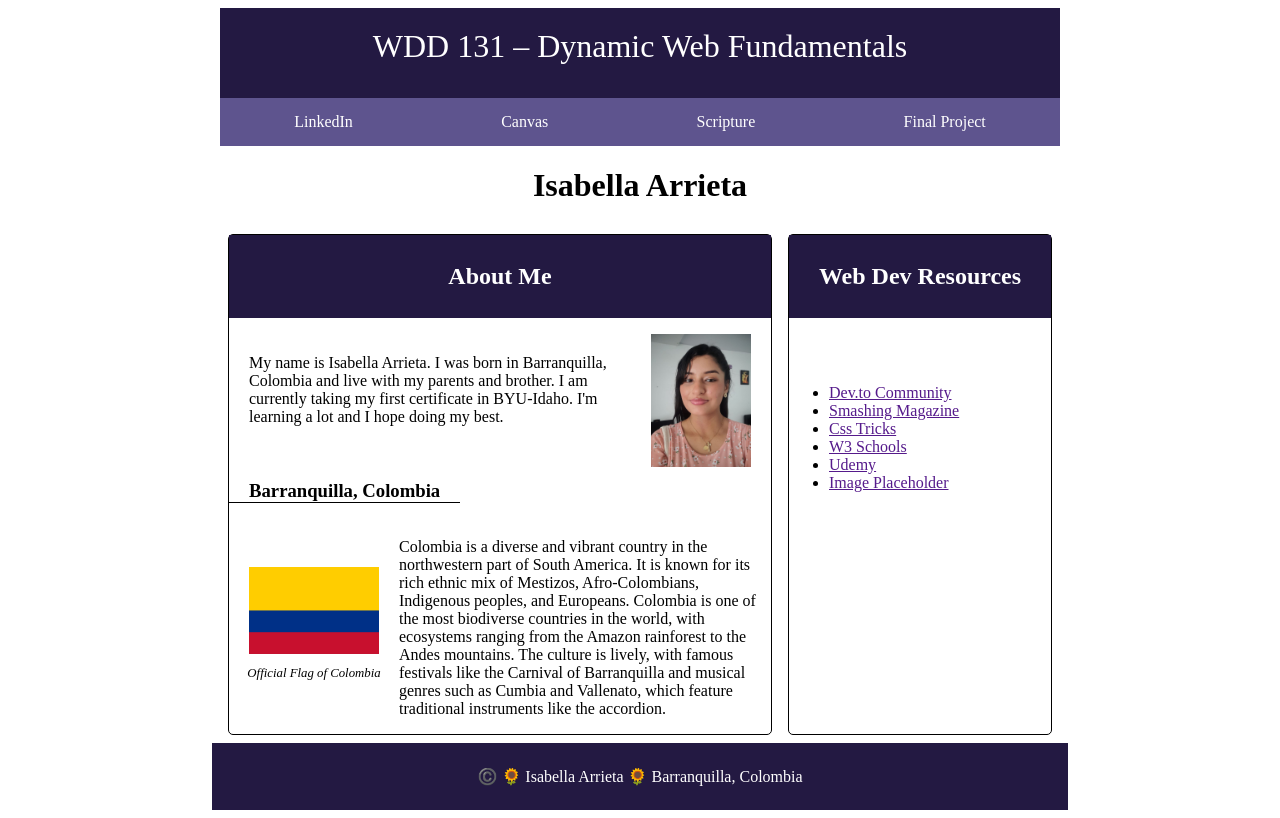
Repository: isaAJ05/wdd131
Page: index.html
An editor plug-in stored every save of this project. The page is shown before and after the next save, followed by the edit.
The browser window is 1280 px wide. The pictures show the whole page.
Some web fonts or font styles are not loaded; a fallback is used.

Above is the page before, as saved 2025-07-04 03:18:30.

### index.html
<!DOCTYPE html>
<html lang="en">
<head>
    <meta charset="UTF-8">
    <meta name="viewport" content="width=device-width, initial-scale=1.0">
    <title>WDD 131 – Dynamic Web Fundamentals – Isabella Arrieta</title>
    <meta name="description" content="WDD 131 – Dynamic Web Fundamentals Isabella Arrieta, This is a page about me">
    <meta name="author" content="Isabella Arrieta">
    <link rel="stylesheet" href="styles/base.css">
    <link rel="preconnect" href="https://fonts.googleapis.com">
    <link rel="preconnect" href="https://fonts.gstatic.com" crossorigin>
    <link href="https://fonts.googleapis.com/css2?family=Lato:ital,wght@0,100;0,300;0,400;0,700;0,900;1,100;1,300;1,400;1,700;1,900&family=Play:wght@400;700&family=Raleway:ital,wght@0,100..900;1,100..900&display=swap" rel="stylesheet">
</head>
<body>
    <header>
        <div class="header-title">
            <span id="course-title">WDD 131 – Dynamic Web Fundamentals</span>
        </div>
        <nav>
            <a href="www.linkedin.com/in/isabella-arrieta">LinkedIn</a>
            <a href="https://byupw.instructure.com/">Canvas</a>
            <a href="https://www.churchofjesuschrist.org/study/scriptures/bofm/alma/30?lang=eng&id=p44#p44">Scripture</a>
            <a href="">Final Project</a>

        </nav>
    </header>
    <main>

        <h1>Isabella Arrieta</h1>
        <section class="card">
            <div class="rectangle">
                <h2>About Me</h2>
            </div>
            <div class="presentation">
            <img src ="images/isa-picture.jpg" alt="Isabella Arrieta picture">
            <p>My name is Isabella Arrieta. I was born in Barranquilla, Colombia and live with my parents and brother. I am currently taking my first certificate in BYU-Idaho. I'm learning a lot and I hope doing my best. </p>
            <h3>Barranquilla, Colombia</h3>
            </div>
            <div class="country">
            <figure>
                <img src ="images/640px-Flag_of_Colombia.svg.webp" alt="Colombia flag">
                <figcaption>Official Flag of Colombia</figcaption>
            </figure>
            <p>Colombia is a diverse and vibrant country in the northwestern part of South America. It is known for its rich ethnic mix of Mestizos, Afro-Colombians, Indigenous peoples, and Europeans. Colombia is one of the most biodiverse countries in the world, with ecosystems ranging from the Amazon rainforest to the Andes mountains. The culture is lively, with famous festivals like the Carnival of Barranquilla and musical genres such as Cumbia and Vallenato, which feature traditional instruments like the accordion.</p>
            </div>
            </section>
        <section class="card">
            <div class="rectangle">
                <h2>Web Dev Resources</h2>
            </div>
                <ul>
                <li><a href="">Dev.to Community</a></li>
                <li><a href="">Smashing Magazine</a></li>
                <li><a href="">Css Tricks</a></li>
                <li><a href="">W3 Schools</a></li>
                <li><a href="">Udemy</a></li>
                <li><a href="">Image Placeholder</a></li>
            </ul>

        </section>
    </main>
    <footer>
        <p>
            ©️<span id="currentyear"></span> 🌻 Isabella Arrieta 🌻 Barranquilla, Colombia
        </p>
        <p>
            <span id="lastModified"></span>
        </p>
    </footer>

</body>
</html>

### styles/base.css
:root {
    --primary-color: #231942;
    --secondary-color: #5e548e;
    --accent1-color: #ffafcc;
    --accent2-color: #bde0fe;
    --accent3-color: #a2d2ff;
    --heading-font: "Play", sans-serif;
    --body-font: "Raleway", sans-serif;
}
header, main, footer {
    width: 840px;
    margin: 0 auto;
}
.course-title{
    display: block;

}
.header-title {
    color:white;
	height: 50px;
    padding: 20px;
    font-size: 2rem;
    text-align: center;
    background: var(--primary-color);
}

nav{
    display: flex;
    justify-content: space-around;
    text-decoration: none;
    background: var(--secondary-color);
}
nav a{
    color: #fff;
    text-decoration: none;
    padding: 15px;
}

nav a:hover {
	text-decoration: overline;
}

/* larger/wider views **************************/
@media (min-width: 640px) {
	nav ul {
		display: flex;
	}

	nav ul li {
		flex: 1 0 auto;
}

main{
    display: grid;
    grid-template: auto 1fr / 2fr 1fr;
}
main h1{
    grid-column: 1/3;
    text-align: center;
}
section{
    border: 1px solid black;
    border-radius: 5px;
    margin: 8px;
}

.card .rectangle{
    color:white;
    padding: 8px;
    text-align: center;
    background: var(--primary-color);


}
.presentation img{
    float: right;
    padding: 0px 20px 20px 20px;
    width:100px ;
    height: auto;

}
.presentation p{
    padding: 20px 20px;
}
.card h3{
    display: inline-block;
    border-bottom: 1px solid black;
    padding: 0 20px;
    text-align: center;
    align-items: center;
}

.country{
    display: flex;
    flex: 1 0 auto;
    align-items: center;
}
.card figure{
    margin: 0;
    padding: 0;
}
.card figure img{
    width: 130px;
    height: auto;
    padding: 0 20px;
}
.card figure figcaption{
    text-align: center;
    font-style: italic;
    padding: 8px;
    font-size: 0.8rem;
}


.card ul{
    padding-top: 50px;
}

footer{
    color:  #fff;
    background: var(--primary-color);
    text-align: center;
    padding: 8px;
}

After the next save:
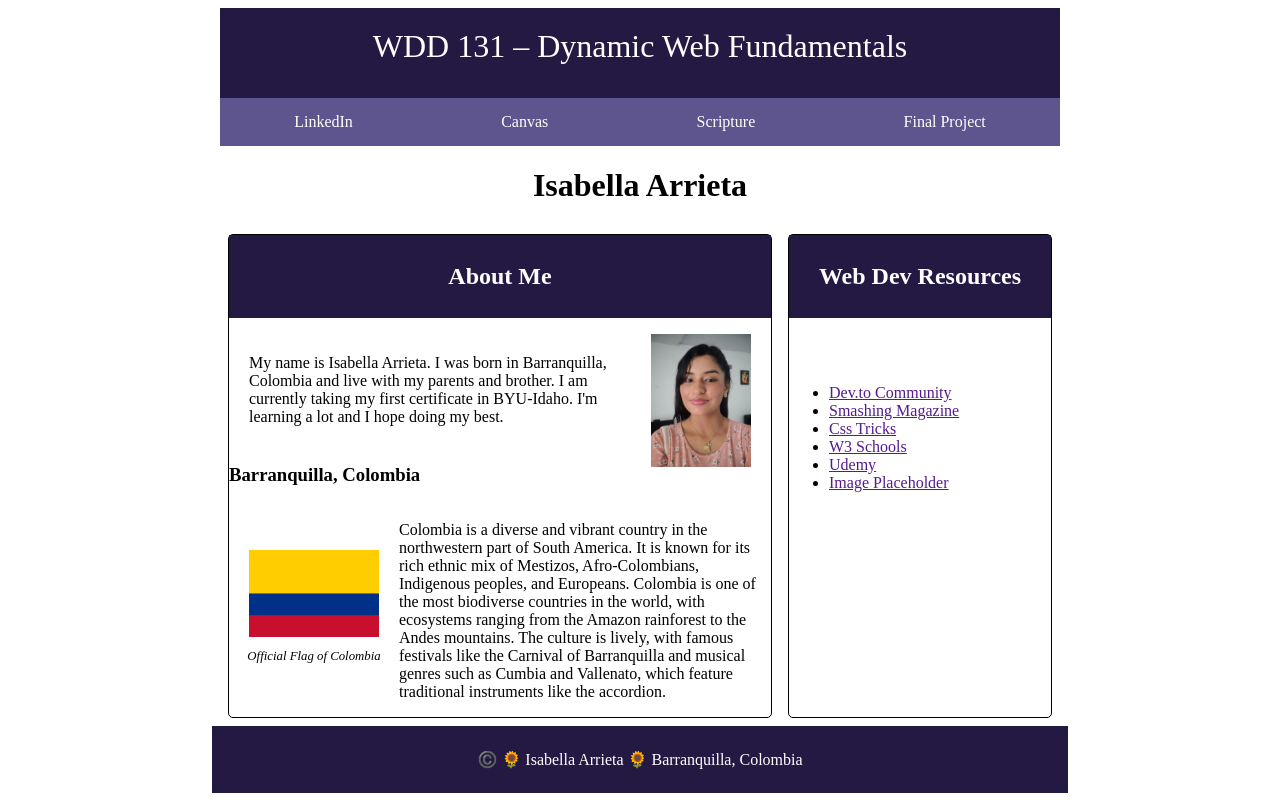
Saved 67 s later.
--- a/styles/base.css
+++ b/styles/base.css
@@ -83,11 +83,13 @@
     padding: 20px 20px;
 }
 .card h3{
-    display: inline-block;
-    border-bottom: 1px solid black;
-    padding: 0 20px;
-    text-align: center;
-    align-items: center;
+
+    display: inline-block;
+    border-bottom: 1px solid black;
+    padding: 0 20px;
+    margin: 0 10px; /* Ajusta el margen horizontal */
+    text-align: center;
+
 }
 
 .country{

After the save that followed:
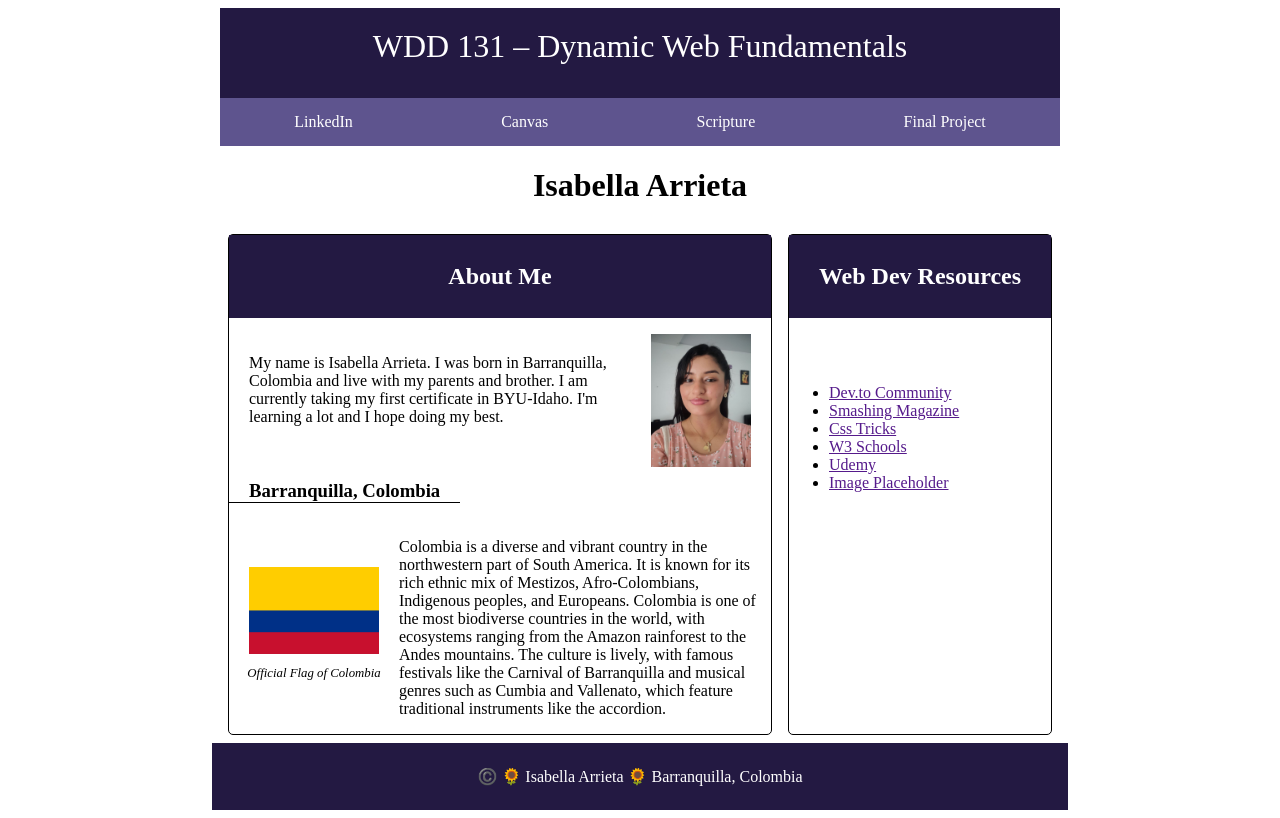
Saved 4 s later.
--- a/styles/base.css
+++ b/styles/base.css
@@ -83,13 +83,11 @@
     padding: 20px 20px;
 }
 .card h3{
-
-    display: inline-block;
-    border-bottom: 1px solid black;
-    padding: 0 20px;
-    margin: 0 10px; /* Ajusta el margen horizontal */
-    text-align: center;
-
+    display: inline-block;
+    border-bottom: 1px solid black;
+    padding: 0 20px;
+    text-align: center;
+    align-items: center;
 }
 
 .country{
